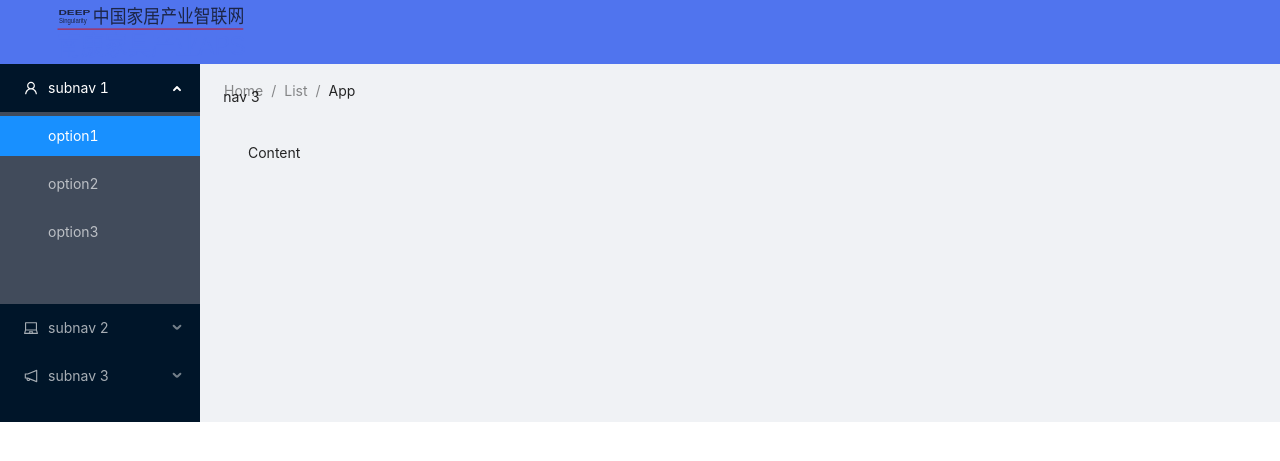
Repository: Vsran/management
Page: /main
An editor plug-in stored every save of this project. The page is shown before and after a run of saves, followed by the edit.
The browser window is 1280 px wide. The pictures show the whole page.
The project was rebuilt for these pictures with package versions that can differ from the ones it lists, and the page was loaded fresh each time. Also part of the build but not shown: src/pages/login.js, src/pages/register/index.js.

Above is the page before, as saved 2021-02-19 14:31:56.

### public/index.html
<!DOCTYPE html>
<html lang="en">
  <head>
    <meta charset="utf-8" />
    <link rel="icon" href="%PUBLIC_URL%/favicon.ico" />
    <meta name="viewport" content="width=device-width, initial-scale=1" />
    <meta name="theme-color" content="#000000" />
    <meta
      name="description"
      content="Web site created using create-react-app"
    />
    <link rel="apple-touch-icon" href="%PUBLIC_URL%/logo192.png" />
    <!--
      manifest.json provides metadata used when your web app is installed on a
      user's mobile device or desktop. See https://developers.google.com/web/fundamentals/web-app-manifest/
    -->
    <link rel="manifest" href="%PUBLIC_URL%/manifest.json" />
    <!--
      Notice the use of %PUBLIC_URL% in the tags above.
      It will be replaced with the URL of the `public` folder during the build.
      Only files inside the `public` folder can be referenced from the HTML.

      Unlike "/favicon.ico" or "favicon.ico", "%PUBLIC_URL%/favicon.ico" will
      work correctly both with client-side routing and a non-root public URL.
      Learn how to configure a non-root public URL by running `npm run build`.
    -->
    <title>management</title>
  </head>
  <body>
    <noscript>You need to enable JavaScript to run this app.</noscript>
    <div id="root"></div>
    <!--
      This HTML file is a template.
      If you open it directly in the browser, you will see an empty page.

      You can add webfonts, meta tags, or analytics to this file.
      The build step will place the bundled scripts into the <body> tag.

      To begin the development, run `npm start` or `yarn start`.
      To create a production bundle, use `npm run build` or `yarn build`.
    -->
  </body>
</html>

### src/index.js
import React from "react";
import ReactDOM from "react-dom";
import reportWebVitals from "./reportWebVitals";
import App from "./App";
import { Provider } from "react-redux";
import { store } from './redux/store';

ReactDOM.render(
  <React.StrictMode>
    <Provider store={store}>
      <App />
    </Provider>
  </React.StrictMode>,
  document.getElementById("root")
);

// If you want to start measuring performance in your app, pass a function
// to log results (for example: reportWebVitals(console.log))
// or send to an analytics endpoint. Learn more: https://bit.ly/CRA-vitals
reportWebVitals();

### src/App.js
import {
  BrowserRouter as Router,
  Switch,
  Route,
} from 'react-router-dom';
import LogIn from "./pages/login";
import Register from "./pages/register";

import "antd/dist/antd.css";
import { renderRoute } from 'react-router-config';
import UserLayOut from './components/layout/userLayout';

function Authorized() {

}
const routes = [
  {
    component: () => <div>Root</div>,
    routes: [
      {
        path: '/',
        label: '首页',
        exact: true,
        component: () => <div>home</div>
      },

    ]
  }
]

export default function App() {
  return (
    <Router>
      <Switch>
        <Route path='/register'>
          <Register/>
        </Route>
        <Route path='/login'>
          <LogIn />
        </Route>
        <Route path='/main'>
         <UserLayOut/>
        </Route>
      </Switch>
    </Router>
  );
}

### src/redux/store.js
import { createStore, applyMiddleware } from "redux";
import logger from "redux-logger";
import { logReducer } from "./reducer";

export let store = createStore(logReducer, applyMiddleware(logger));

### src/components/layout/userLayout.js
import { Layout, Menu, Breadcrumb } from 'antd';
import { UserOutlined, LaptopOutlined, NotificationOutlined } from '@ant-design/icons';
import { Link } from 'react-router-dom';
import icon from '../../imgs/icon.svg';
import './userLayout.scss';
const { SubMenu } = Menu;
const { Header, Content, Sider } = Layout;
export default () =>(
  <Layout>
    <Header className="header">
      <div className="logo" />
      <img src={icon}/>
      <Menu theme="light" mode="horizontal" defaultSelectedKeys={['2']}>
        <Menu.Item key="1">nav 1</Menu.Item>
        <Menu.Item key="2">nav 2</Menu.Item>
        <Menu.Item key="3">nav 3</Menu.Item>
      </Menu>
    </Header>
    <Layout>
      <Sider width={200} className="site-layout-background">
        <Menu
          mode="inline"
          defaultSelectedKeys={['1']}
          defaultOpenKeys={['sub1']}
          style={{ height: '100%', borderRight: 0 }}
          theme="dark"
        >
          <SubMenu key="sub1" icon={<UserOutlined />} title="subnav 1">
            <Menu.Item key="1"><Link to='/main/sub1/option1'>option1</Link></Menu.Item>
            <Menu.Item key="2"><Link to='/main/sub1/option2'>option2</Link></Menu.Item>
            <Menu.Item key="3"><Link to='/main/sub1/option3'>option3</Link></Menu.Item>
            <Menu.Item key="4"><Link to='/main/sub1/option4'></Link></Menu.Item>
          </SubMenu>
          <SubMenu key="sub2" icon={<LaptopOutlined />} title="subnav 2">
            <Menu.Item key="5"><Link to='/main/sub2/option5'>option5</Link></Menu.Item>
            <Menu.Item key="6">option6</Menu.Item>
            <Menu.Item key="7">option7</Menu.Item>
            <Menu.Item key="8">option8</Menu.Item>
          </SubMenu>
          <SubMenu key="sub3" icon={<NotificationOutlined />} title="subnav 3">
            <Menu.Item key="9">option9</Menu.Item>
            <Menu.Item key="10">option10</Menu.Item>
            <Menu.Item key="11">option11</Menu.Item>
            <Menu.Item key="12">option12</Menu.Item>
          </SubMenu>
        </Menu>
      </Sider>
      <Layout style={{ padding: '0 24px 24px' }}>
        <Breadcrumb style={{ margin: '16px 0' }}>
          <Breadcrumb.Item>Home</Breadcrumb.Item>
          <Breadcrumb.Item>List</Breadcrumb.Item>
          <Breadcrumb.Item>App</Breadcrumb.Item>
        </Breadcrumb>
        <Content
          className="site-layout-background"
          style={{
            padding: 24,
            margin: 0,
            minHeight: 280,
          }}
        >
          Content
        </Content>
      </Layout>
    </Layout>
  </Layout>
);

### src/redux/reducer.js
export function logReducer(state = { logged: false }, action) {
  switch (action.type) {
    case "logIn":
      return { logged: true };
    case "logOut":
      return { logged: false };
    default:
      return state;
  }
}

### src/components/layout/userLayout.scss
img{
    width: 200px;
    height: auto;
}
.ant-layout-header{
    background: rgb(80, 116, 238);
}
.ant-menu-dark .ant-menu-inline.ant-menu-sub {
    background: #414b5b;
}

Loaded but not shown: src/reportWebVitals.js (common file); src/pages/register/index.scss (no stored copy; drawn as an empty file)

After the next 2 saves:
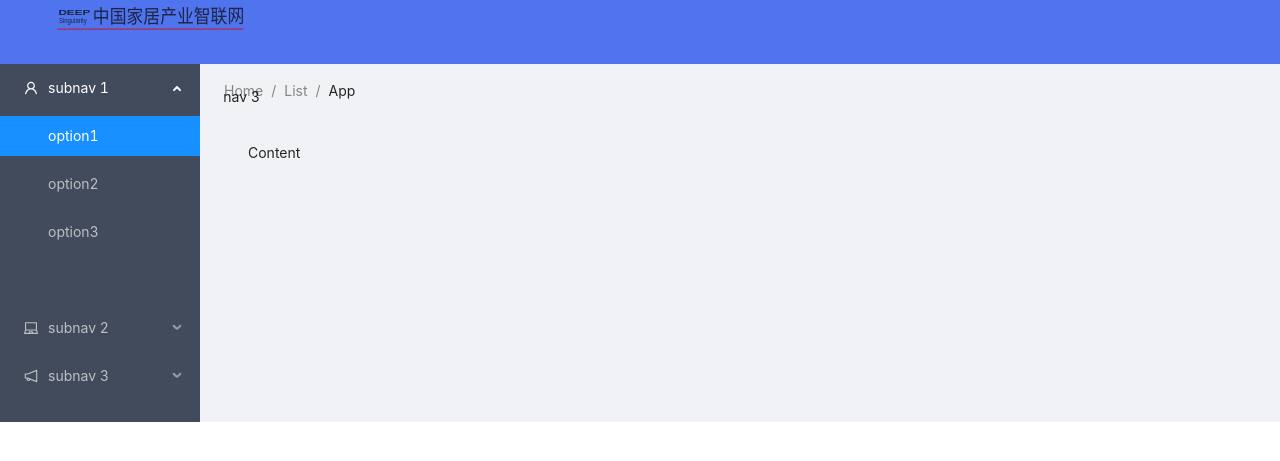
The 2 saves are shown as one change because they came seconds apart.
The last was saved 2 min 38 s later.
--- a/src/components/layout/userLayout.scss
+++ b/src/components/layout/userLayout.scss
@@ -8,3 +8,6 @@
 .ant-menu-dark .ant-menu-inline.ant-menu-sub {
     background: #414b5b;
 }
+.ant-menu.ant-menu-dark{
+    background:#414b5b;
+}
